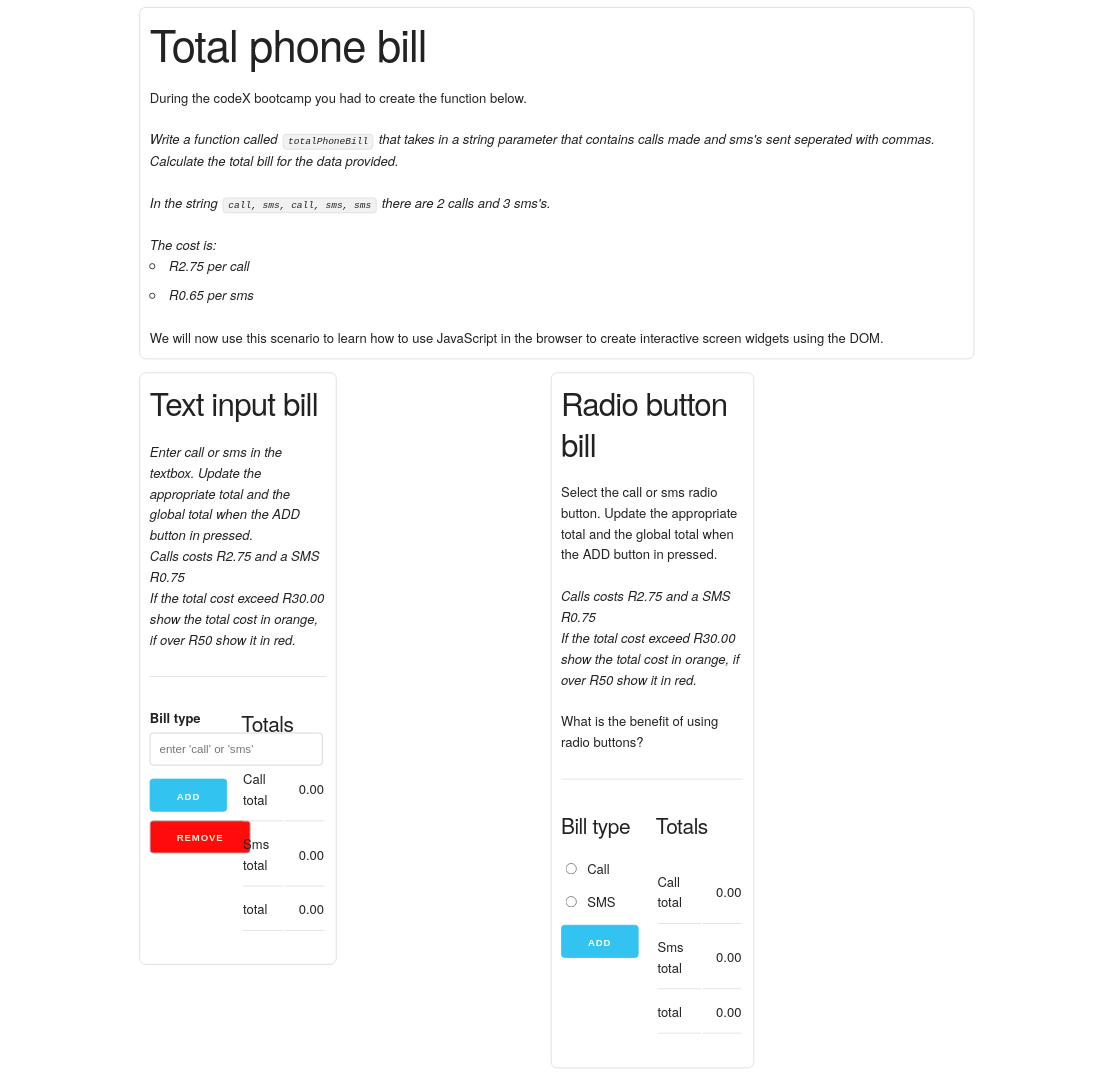
Repository: lasity34/Dom-intro-handlebars
Page: index.html
These files come from the project's save history. The page is drawn as it stood at one moment and after the next save; the edit follows.
The browser window is 1280 px wide. The pictures show the whole page, at 87% of full size.
Some web libraries are served in a nearby version.

Above is the page before, as saved 2023-05-09 08:39:40.

### index.html
<!DOCTYPE html>
<html>
  <head>
    <meta charset="utf-8" />
    <title></title>
    <link rel="stylesheet" href="css/skeleton.css" />
    <link rel="stylesheet" href="css/style.css" />
    <script src="https://cdnjs.cloudflare.com/ajax/libs/handlebars.js/4.0.11/handlebars.min.js"></script>
    <script type="text/x-template" id="billTemplate">
      {{#each differentCosts}}
      <tr >
      <td>{{name}} total</td>
      <td><span class=" {{this.extraClass}}" >{{total}}</span></td>
      </tr>
      {{/each}}
    </script>
  </head>
  <body>
    <div class="container">
      <div class="row">
        <div class="twelve columns box">
          <h1>Total phone bill</h1>

          <div class="">
            During the codeX bootcamp you had to create the function below.
          </div>

          <br />

          <div class="">
            <i
              >Write a function called <code>totalPhoneBill</code> that takes in
              a string parameter that contains calls made and sms's sent
              seperated with commas. Calculate the total bill for the data
              provided. <br /><br />
              In the string <code>call, sms, call, sms, sms</code> there are 2
              calls and 3 sms's.
              <br />
              <br />
              The cost is:
              <ul>
                <li>R2.75 per call</li>
                <li>R0.65 per sms</li>
              </ul>
            </i>
          </div>

          <div class="">
            We will now use this scenario to learn how to use JavaScript in the
            browser to create interactive screen widgets using the DOM.
          </div>
        </div>
      </div>
      <div class="widget_container">
      <div class="width">
        <div class="six columns box">
          <!--  text input bill -->
          <h3>Text input bill</h3>

          <div class="">
            <i
              >Enter call or sms in the textbox. Update the appropriate total
              and the global total when the ADD button in pressed.</i
            >
          </div>
          <div class="">
            <i>Calls costs R2.75 and a SMS R0.75</i>
          </div>

          <div class="">
            <i
              >If the total cost exceed R30.00 show the total cost in orange, if
              over R50 show it in red.</i
            >
          </div>
          <hr />

          <div></div>
          <div class="row">
            <div class="six columns">
              <label for="">Bill type</label>
              <input
                type="text"
                name=""
                value=""
                placeholder="enter 'call' or 'sms' "
                class="billTypeText"
              />
              <button
                class="button-primary addToBillBtn"
                type="button"
                name="button"
              >
                Add
              </button>
              <button class="resetBtn" type="button" name="button">
                Remove
              </button>
            </div>
            <div class="six columns">
              <h5>Totals</h5>
              <table class="textTotals"></table>
            </div>
          </div>
        </div>
      </div>
      <div class="width">
        <div class="six columns box">
          <h3>Radio button bill</h3>

          <div class="">
            Select the call or sms radio button. Update the appropriate total
            and the global total when the ADD button in pressed.
          </div>
          <br />
          <div class="">
            <i>Calls costs R2.75 and a SMS R0.75</i>
          </div>

          <div class="">
            <i
              >If the total cost exceed R30.00 show the total cost in orange, if
              over R50 show it in red.</i
            >
          </div>
          <br />
          <div class="">What is the benefit of using radio buttons?</div>

          <hr />

          <div class="row">
            <div class="six columns">
              <h5>Bill type</h5>
              <label class="">
                <input
                  type="radio"
                  name="billItemType"
                  class="billItemTypeRadio"
                  value="call"
                />
                <span class="label-body">Call</span>
              </label>
              <label class="">
                <input
                  type="radio"
                  name="billItemType"
                  class="billItemTypeRadio"
                  value="sms"
                />
                <span class="label-body">SMS</span>
              </label>
              <button
                class="button-primary radioBillAddBtn"
                type="button"
                name="button"
              >
                Add
              </button>
            </div>
            <div class="six columns">
              <h5>Totals</h5>
              <table class="radioTotals"></table>
            </div>
          </div>
        </div>
      </div>
      </div>
    </div>

    <script src="./js/text-bill.js" charset="utf-8"></script>
    <script src="./js/radio-bill.js" charset="utf-8"></script>
  </body>
</html>

<!-- billTotal -->

### css/skeleton.css
/*
* Skeleton V2.0.4
* Copyright 2014, Dave Gamache
* www.getskeleton.com
* Free to use under the MIT license.
* http://www.opensource.org/licenses/mit-license.php
* 12/29/2014
*/


/* Table of contents
––––––––––––––––––––––––––––––––––––––––––––––––––
- Grid
- Base Styles
- Typography
- Links
- Buttons
- Forms
- Lists
- Code
- Tables
- Spacing
- Utilities
- Clearing
- Media Queries
*/


/* Grid
–––––––––––––––––––––––––––––––––––––––––––––––––– */
.container {
  position: relative;
  width: 100%;
  max-width: 960px;
  margin: 0 auto;
  padding: 0 20px;
  box-sizing: border-box; }
.column,
.columns {
  width: 100%;
  float: left;
  box-sizing: border-box; }

/* For devices larger than 400px */
@media (min-width: 400px) {
  .container {
    width: 85%;
    padding: 0; }
}

/* For devices larger than 550px */
@media (min-width: 550px) {
  .container {
    width: 80%; }
  .column,
  .columns {
    margin-left: 4%; }
  .column:first-child,
  .columns:first-child {
    margin-left: 0; }

  .one.column,
  .one.columns                    { width: 4.66666666667%; }
  .two.columns                    { width: 13.3333333333%; }
  .three.columns                  { width: 22%;            }
  .four.columns                   { width: 30.6666666667%; }
  .five.columns                   { width: 39.3333333333%; }
  .six.columns                    { width: 48%;            }
  .seven.columns                  { width: 56.6666666667%; }
  .eight.columns                  { width: 65.3333333333%; }
  .nine.columns                   { width: 74.0%;          }
  .ten.columns                    { width: 82.6666666667%; }
  .eleven.columns                 { width: 91.3333333333%; }
  .twelve.columns                 { width: 100%; margin-left: 0; }

  .one-third.column               { width: 30.6666666667%; }
  .two-thirds.column              { width: 65.3333333333%; }

  .one-half.column                { width: 48%; }

  /* Offsets */
  .offset-by-one.column,
  .offset-by-one.columns          { margin-left: 8.66666666667%; }
  .offset-by-two.column,
  .offset-by-two.columns          { margin-left: 17.3333333333%; }
  .offset-by-three.column,
  .offset-by-three.columns        { margin-left: 26%;            }
  .offset-by-four.column,
  .offset-by-four.columns         { margin-left: 34.6666666667%; }
  .offset-by-five.column,
  .offset-by-five.columns         { margin-left: 43.3333333333%; }
  .offset-by-six.column,
  .offset-by-six.columns          { margin-left: 52%;            }
  .offset-by-seven.column,
  .offset-by-seven.columns        { margin-left: 60.6666666667%; }
  .offset-by-eight.column,
  .offset-by-eight.columns        { margin-left: 69.3333333333%; }
  .offset-by-nine.column,
  .offset-by-nine.columns         { margin-left: 78.0%;          }
  .offset-by-ten.column,
  .offset-by-ten.columns          { margin-left: 86.6666666667%; }
  .offset-by-eleven.column,
  .offset-by-eleven.columns       { margin-left: 95.3333333333%; }

  .offset-by-one-third.column,
  .offset-by-one-third.columns    { margin-left: 34.6666666667%; }
  .offset-by-two-thirds.column,
  .offset-by-two-thirds.columns   { margin-left: 69.3333333333%; }

  .offset-by-one-half.column,
  .offset-by-one-half.columns     { margin-left: 52%; }

}


/* Base Styles
–––––––––––––––––––––––––––––––––––––––––––––––––– */
/* NOTE
html is set to 62.5% so that all the REM measurements throughout Skeleton
are based on 10px sizing. So basically 1.5rem = 15px :) */
html {
  font-size: 62.5%; }
body {
  font-size: 1.5em; /* currently ems cause chrome bug misinterpreting rems on body element */
  line-height: 1.6;
  font-weight: 400;
  font-family: "Raleway", "HelveticaNeue", "Helvetica Neue", Helvetica, Arial, sans-serif;
  color: #222; }


/* Typography
–––––––––––––––––––––––––––––––––––––––––––––––––– */
h1, h2, h3, h4, h5, h6 {
  margin-top: 0;
  margin-bottom: 2rem;
  font-weight: 300; }
h1 { font-size: 4.0rem; line-height: 1.2;  letter-spacing: -.1rem;}
h2 { font-size: 3.6rem; line-height: 1.25; letter-spacing: -.1rem; }
h3 { font-size: 3.0rem; line-height: 1.3;  letter-spacing: -.1rem; }
h4 { font-size: 2.4rem; line-height: 1.35; letter-spacing: -.08rem; }
h5 { font-size: 1.8rem; line-height: 1.5;  letter-spacing: -.05rem; }
h6 { font-size: 1.5rem; line-height: 1.6;  letter-spacing: 0; }

/* Larger than phablet */
@media (min-width: 550px) {
  h1 { font-size: 5.0rem; }
  h2 { font-size: 4.2rem; }
  h3 { font-size: 3.6rem; }
  h4 { font-size: 3.0rem; }
  h5 { font-size: 2.4rem; }
  h6 { font-size: 1.5rem; }
}

p {
  margin-top: 0; }


/* Links
–––––––––––––––––––––––––––––––––––––––––––––––––– */
a {
  color: #1EAEDB; }
a:hover {
  color: #0FA0CE; }


/* Buttons
–––––––––––––––––––––––––––––––––––––––––––––––––– */
.button,
button,
input[type="submit"],
input[type="reset"],
input[type="button"] {
  display: inline-block;
  height: 38px;
  padding: 0 30px;
  color: #555;
  text-align: center;
  font-size: 11px;
  font-weight: 600;
  line-height: 38px;
  letter-spacing: .1rem;
  text-transform: uppercase;
  text-decoration: none;
  white-space: nowrap;
  background-color: transparent;
  border-radius: 4px;
  border: 1px solid #bbb;
  cursor: pointer;
  box-sizing: border-box; }
.button:hover,
button:hover,
input[type="submit"]:hover,
input[type="reset"]:hover,
input[type="button"]:hover,
.button:focus,
button:focus,
input[type="submit"]:focus,
input[type="reset"]:focus,
input[type="button"]:focus {
  color: #333;
  border-color: #888;
  outline: 0; }
.button.button-primary,
button.button-primary,
input[type="submit"].button-primary,
input[type="reset"].button-primary,
input[type="button"].button-primary {
  color: #FFF;
  background-color: #33C3F0;
  border-color: #33C3F0; }
.button.button-primary:hover,
button.button-primary:hover,
input[type="submit"].button-primary:hover,
input[type="reset"].button-primary:hover,
input[type="button"].button-primary:hover,
.button.button-primary:focus,
button.button-primary:focus,
input[type="submit"].button-primary:focus,
input[type="reset"].button-primary:focus,
input[type="button"].button-primary:focus {
  color: #FFF;
  background-color: #1EAEDB;
  border-color: #1EAEDB; }


/* Forms
–––––––––––––––––––––––––––––––––––––––––––––––––– */
input[type="email"],
input[type="number"],
input[type="search"],
input[type="text"],
input[type="tel"],
input[type="url"],
input[type="password"],
textarea,
select {
  height: 38px;
  padding: 6px 10px; /* The 6px vertically centers text on FF, ignored by Webkit */
  background-color: #fff;
  border: 1px solid #D1D1D1;
  border-radius: 4px;
  box-shadow: none;
  box-sizing: border-box; }
/* Removes awkward default styles on some inputs for iOS */
input[type="email"],
input[type="number"],
input[type="search"],
input[type="text"],
input[type="tel"],
input[type="url"],
input[type="password"],
textarea {
  -webkit-appearance: none;
     -moz-appearance: none;
          appearance: none; }
textarea {
  min-height: 65px;
  padding-top: 6px;
  padding-bottom: 6px; }
input[type="email"]:focus,
input[type="number"]:focus,
input[type="search"]:focus,
input[type="text"]:focus,
input[type="tel"]:focus,
input[type="url"]:focus,
input[type="password"]:focus,
textarea:focus,
select:focus {
  border: 1px solid #33C3F0;
  outline: 0; }
label,
legend {
  display: block;
  margin-bottom: .5rem;
  font-weight: 600; }
fieldset {
  padding: 0;
  border-width: 0; }
input[type="checkbox"],
input[type="radio"] {
  display: inline; }
label > .label-body {
  display: inline-block;
  margin-left: .5rem;
  font-weight: normal; }


/* Lists
–––––––––––––––––––––––––––––––––––––––––––––––––– */
ul {
  list-style: circle inside; }
ol {
  list-style: decimal inside; }
ol, ul {
  padding-left: 0;
  margin-top: 0; }
ul ul,
ul ol,
ol ol,
ol ul {
  margin: 1.5rem 0 1.5rem 3rem;
  font-size: 90%; }
li {
  margin-bottom: 1rem; }


/* Code
–––––––––––––––––––––––––––––––––––––––––––––––––– */
code {
  padding: .2rem .5rem;
  margin: 0 .2rem;
  font-size: 90%;
  white-space: nowrap;
  background: #F1F1F1;
  border: 1px solid #E1E1E1;
  border-radius: 4px; }
pre > code {
  display: block;
  padding: 1rem 1.5rem;
  white-space: pre; }


/* Tables
–––––––––––––––––––––––––––––––––––––––––––––––––– */
th,
td {
  padding: 12px 15px;
  text-align: left;
  border-bottom: 1px solid #E1E1E1; }
th:first-child,
td:first-child {
  padding-left: 0; }
th:last-child,
td:last-child {
  padding-right: 0; }


/* Spacing
–––––––––––––––––––––––––––––––––––––––––––––––––– */
button,
.button {
  margin-bottom: 1rem; }
input,
textarea,
select,
fieldset {
  margin-bottom: 1.5rem; }
pre,
blockquote,
dl,
figure,
table,
p,
ul,
ol,
form {
  margin-bottom: 2.5rem; }


/* Utilities
–––––––––––––––––––––––––––––––––––––––––––––––––– */
.u-full-width {
  width: 100%;
  box-sizing: border-box; }
.u-max-full-width {
  max-width: 100%;
  box-sizing: border-box; }
.u-pull-right {
  float: right; }
.u-pull-left {
  float: left; }


/* Misc
–––––––––––––––––––––––––––––––––––––––––––––––––– */
hr {
  margin-top: 3rem;
  margin-bottom: 3.5rem;
  border-width: 0;
  border-top: 1px solid #E1E1E1; }


/* Clearing
–––––––––––––––––––––––––––––––––––––––––––––––––– */

/* Self Clearing Goodness */
.container:after,
.row:after,
.u-cf {
  content: "";
  display: table;
  clear: both; }


/* Media Queries
–––––––––––––––––––––––––––––––––––––––––––––––––– */
/*
Note: The best way to structure the use of media queries is to create the queries
near the relevant code. For example, if you wanted to change the styles for buttons
on small devices, paste the mobile query code up in the buttons section and style it
there.
*/


/* Larger than mobile */
@media (min-width: 400px) {}

/* Larger than phablet (also point when grid becomes active) */
@media (min-width: 550px) {}

/* Larger than tablet */
@media (min-width: 750px) {}

/* Larger than desktop */
@media (min-width: 1000px) {}

/* Larger than Desktop HD */
@media (min-width: 1200px) {}

### css/style.css
.box {
  padding: 0.75em;
  border-radius : 0.5em;
  border : 1px solid #ddd;
  height: auto;
  margin-bottom: 1em;
}


.warning {
  color: orange;
  font-weight: bold;
}

.danger {
  color: crimson;
  font-weight: bold;
}

.total {
  font-weight: bold;
  font-size: 2em;
}

.resetBtn {
  background-color: rgb(255, 11, 11);
  color: antiquewhite;
}

.widget_container {
  display: flex;
}

.row {
  width: 100%;
}

### js/text-bill.js
// get a reference to the textbox where the bill type is to be entered

//get a reference to the add button

//create a variable that will keep track of the total bill

//add an event listener for when the add button is pressed

//in the event listener check if the value in the bill type textbox is 'sms' or 'call'
// * add the appropriate value to the running total
// * add nothing for invalid values that is not 'call' or 'sms'.
// * display the latest total on the screen\index.html

const billTypeText = document.querySelector(".billTypeText");
const textTotalAddBtn = document.querySelector(".addToBillBtn");
const textTotalRemoveBtn = document.querySelector(".resetBtn");
const totalElem = document.querySelector(".total");
const textCostDataElem = document.querySelector(".textTotals");


let callsTotal = 0.0;
let smsTotal = 0.0;
let totaltext = 0.0;

function textBillTotal() {
  const billTypeEntered = billTypeText.value.trim();

  if (billTypeEntered === "call") {
    callsTotal += 2.75;
  } else if (billTypeEntered === "sms") {
    smsTotal += 0.75;
  }

  totaltext = callsTotal + smsTotal;
  updateTextTemplate();

}
function removeTotal() {
  callsTotal = 0;
  smsTotal = 0;
  totaltext = 0
  updateTextTemplate();
}

function updateTextTemplate() {
  const templateSource = document.querySelector("#billTemplate").innerHTML;
  const textTemplate = Handlebars.compile(templateSource);

  const costData = {
    differentCosts: [
      { name: "Call", total: callsTotal.toFixed(2), extraClass : "" },
      {
        name: "Sms",
        total: smsTotal.toFixed(2),
        extraClass : ""
      },
      {
        name: "",
        total: totaltext.toFixed(2),
        extraClass : totaltext > 50 ? "danger" : totaltext > 30 ? "warning" : ""
      },
    ],

  };

  const userDataHTML = textTemplate(costData);

  textCostDataElem.innerHTML = userDataHTML;
}

document.addEventListener("DOMContentLoaded", function () {
  updateTextTemplate();
});

textTotalAddBtn.addEventListener("click", textBillTotal);
textTotalRemoveBtn.addEventListener("click", removeTotal);

### js/radio-bill.js
// get a reference to the sms or call radio buttons

//get a reference to the add button

//create a variable that will keep track of the total bill

//add an event listener for when the add button is pressed

//in the event listener get the value from the billItemTypeRadio radio buttons
// * add the appropriate value to the running total
// * add nothing for invalid values that is not 'call' or 'sms'.
// * display the latest total on the screen

const radioBillAddBtnElement = document.querySelector(".radioBillAddBtn");

// "input[name='billItemType']:checked"
const callTotalTwoElement = document.querySelector(".callTotalTwo");
const smsTotalTwoElement = document.querySelector(".smsTotalTwo");
const totalTwoElement = document.querySelector(".totalTwo");

let smsTotalRadio = 0;
let callTotalRadio = 0;
let radioTotal = 0;
function calculateRadioBtn() {
  const checkedRadioBtnElement = document.querySelector(
    "input[name='billItemType']:checked"
  );

  if (checkedRadioBtnElement) {
    const billItemType = checkedRadioBtnElement.value;

    if (billItemType === "call") {
      callTotalRadio += 2.75;
    } else if (billItemType === "sms") {
      smsTotalRadio += 0.75;
    }
  }

  radioTotal = callTotalRadio + smsTotalRadio;

  updateRadioTemplate();

  const radioItem = document.querySelectorAll(".radioItem");


}

function updateRadioTemplate(type) {
  const templateSource = document.querySelector("#billTemplate").innerHTML;
  const userTemplate = Handlebars.compile(templateSource);
  const radioCostDataElem = document.querySelector(".radioTotals");
  const costData = {
    differentCosts: [
      { name: "Call", total: callTotalRadio.toFixed(2), extraClass : "" },
      {
        name: "Sms",
        total: smsTotalRadio.toFixed(2),
        extraClass : ""
      },
      {
        name: "",
        total: radioTotal.toFixed(2),
        extraClass : radioTotal > 50 ? "danger" : radioTotal > 30 ? "warning" : ''
      },
    ],

  };

  const userDataHTML = userTemplate(costData);
  radioCostDataElem.innerHTML = userDataHTML;
}

document.addEventListener("DOMContentLoaded", function () {
  updateRadioTemplate("radio");
});

radioBillAddBtnElement.addEventListener("click", calculateRadioBtn);

After the next save:
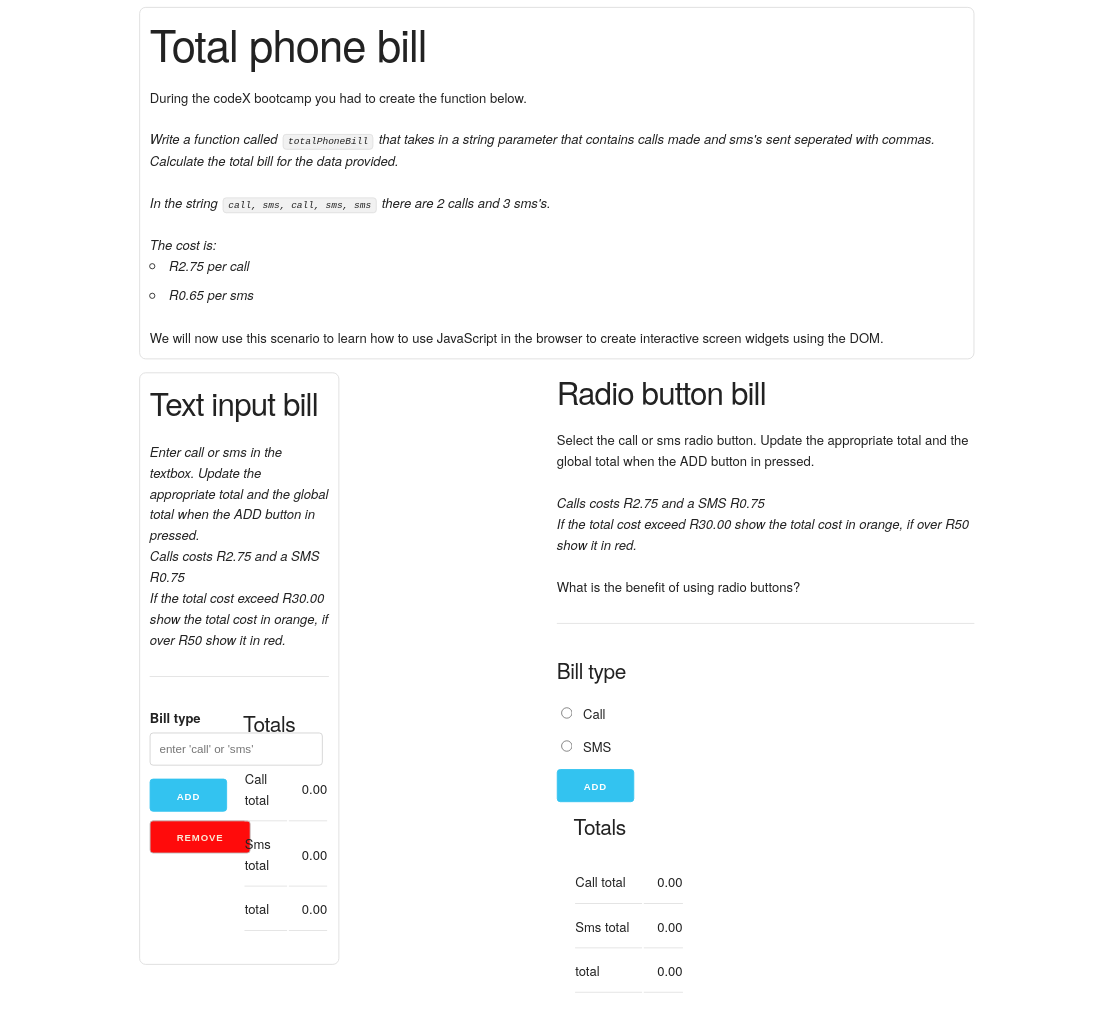
Saved 33 s later.
--- a/index.html
+++ b/index.html
@@ -105,7 +105,7 @@
         </div>
       </div>
       <div class="width">
-        <div class="six columns box">
+        <div class="">
           <h3>Radio button bill</h3>
 
           <div class="">
@@ -128,8 +128,8 @@
 
           <hr />
 
-          <div class="row">
-            <div class="six columns">
+          <div class="width">
+            <div class="">
               <h5>Bill type</h5>
               <label class="">
                 <input
